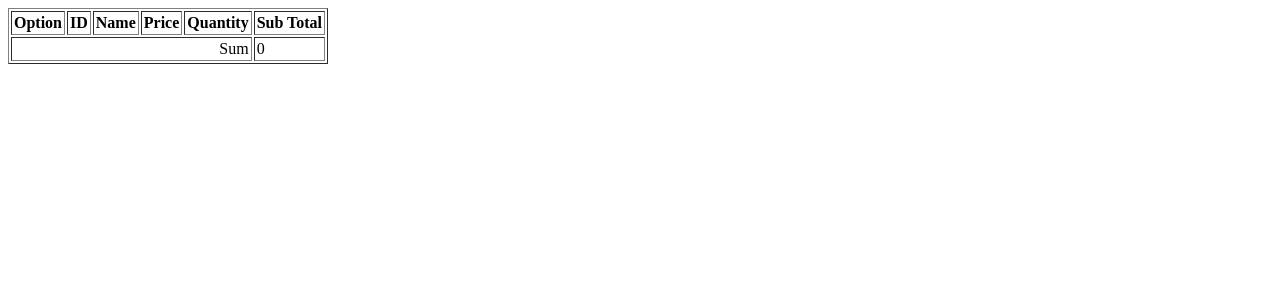
Repository: xzou4/CS221b
Page: http://localhost/fablix/shoppingcart.jsp
An editor plug-in stored every save of this project. The page is shown before and after the next save, followed by the edit.
The browser window is 1280 px wide. The pictures show the whole page.
The page is served by Tomcat 9. Other server files are loaded and not shown.

Above is the page before, as saved 2017-02-14 23:09:42.

### fablix/WebContent/shoppingcart.jsp
<%@ page language="java" contentType="text/html; charset=UTF-8"
    pageEncoding="UTF-8"%>

<%@ taglib prefix = "c" uri="http://java.sun.com/jsp/jstl/core"%>
<!DOCTYPE html PUBLIC "-//W3C//DTD HTML 4.01 Transitional//EN" "http://www.w3.org/TR/html4/loose.dtd">
<html>
<head>
<meta http-equiv="Content-Type" content="text/html; charset=UTF-8">
<title>Shopping Cart</title>
</head>
<body>

<table cellpadding="2" cellspacing="2" border="1">
	<tr>
		<th>Option</th>
		<th>ID</th>
		<th>Name</th>
		<th>Price</th>
		<th>Quantity</th>
		<th>Sub Total</th>
	</tr>
	<c:set var="s" value="0"></c:set>
	<c:forEach var="it" items="${sessionScope.cart }">
		<c:set var="s" value="${s + it.price * it.quantity }"></c:set>
		<tr>
			<td align="center"><a href="shoppingCartController?id=${it.id }&action=delete">Delete</td>
			<td>${it.id }</td>
			<td><a href='titlelink?param=${it.name}'>${it.name }</a></td>
			<td>${it.price }</td>
			<td>${it.quantity }</td>
			<td>${it.price * it.quantity}</td>
		</tr>
	</c:forEach>
	<tr>
		<td colspan="5" align="right">Sum</td>
		<td>${s }</td>
	</tr>
</table>

</body>
</html>

After the next save:
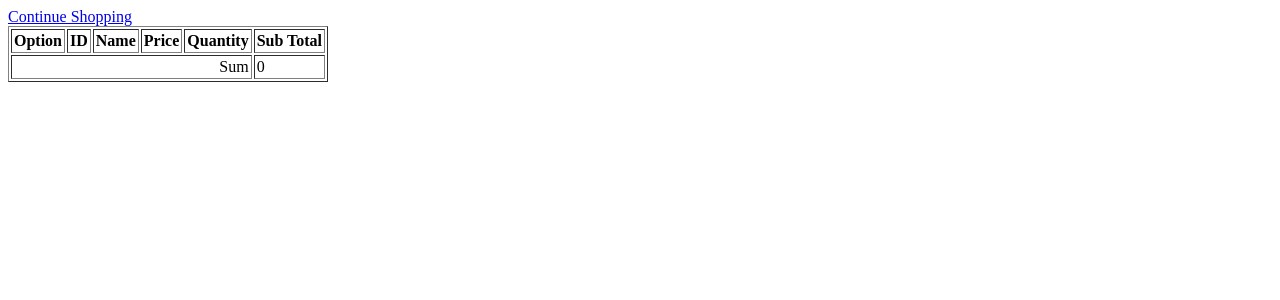
Saved 4 min 24 s later.
--- a/fablix/WebContent/shoppingcart.jsp
+++ b/fablix/WebContent/shoppingcart.jsp
@@ -10,6 +10,8 @@
 </head>
 <body>
 
+
+<a href="javascript:history.back()">Continue Shopping</a>
 <table cellpadding="2" cellspacing="2" border="1">
 	<tr>
 		<th>Option</th>
